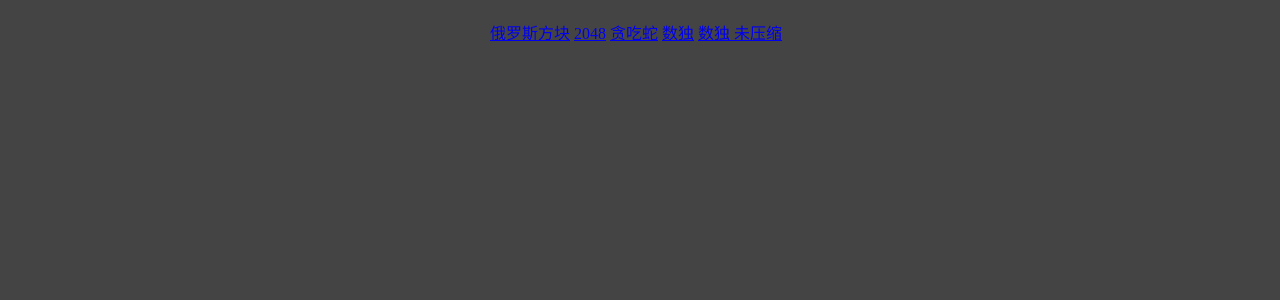
Repository: yangtengxiang/get_test
Page: game/H5/index.html
These files come from the project's save history. The page is drawn as it stood at one moment and after the next save; the edit follows.
The browser window is 1280 px wide. The pictures show the whole page.

Above is the page before, as saved 2020-04-29 17:36:26.

### game/H5/index.html
<!DOCTYPE html>
<html lang="zh-CN">
<head>
	<meta name="renderer" content="webkit">
	<meta http-equiv="Content-Type" content="text/html; charset=utf-8">
	<meta http-equiv="X-UA-Compatible" content="IE=edge,chrome=1">
	<meta name="viewport" content="width=device-width, initial-scale=1.0, maximum-scale=1.0, minimum-scale=1.0, user-scalable=no">
	<meta charset="UTF-8">
	<title>新页面</title>
	<style>
		body{
			background: #444;
		}
		.link-box{
			width: 300px;
			margin: 20px auto;
		}
	</style>
</head>
<body>
	 <div class="link-box">
		 <a href="elsfk.html">俄罗斯方块</a>
		 <a href="2048.html">2048</a>
		 <a href="tanchishe.html">贪吃蛇</a>

		 <a href="Sudoku_1.1.min.html">数独</a>
		 <a href="Sudoku_1.1.html">数独 未压缩</a>
	 </div>
</body>
</html>

After the next save:
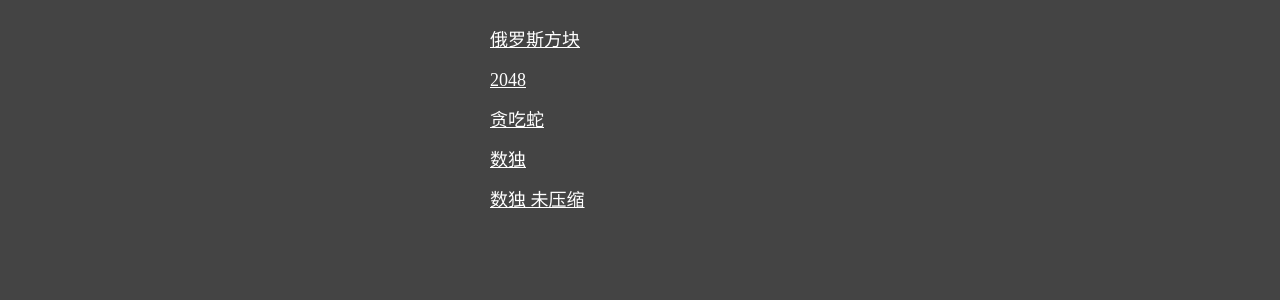
Saved 114 s later.
--- a/game/H5/index.html
+++ b/game/H5/index.html
@@ -15,6 +15,12 @@
 			width: 300px;
 			margin: 20px auto;
 		}
+		.link-box a{
+			display: block;
+			line-height: 40px;
+			font-size: 18px;
+			color: #FFF;
+		}
 	</style>
 </head>
 <body>
